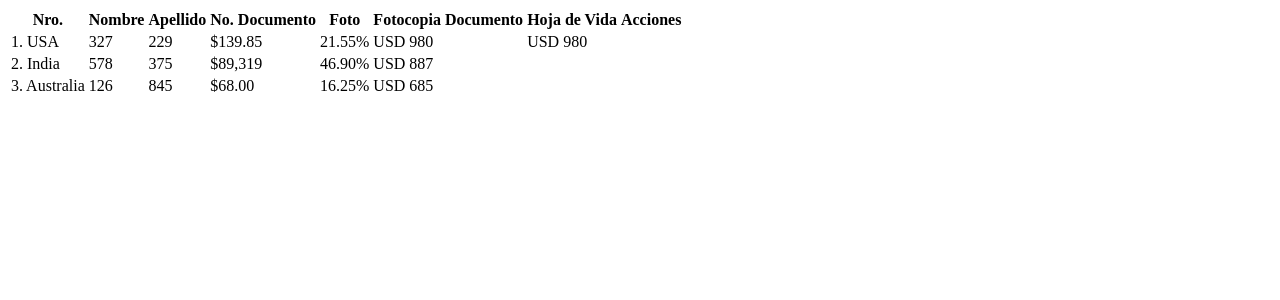
Repository: DA5CH25/kohaku_php
Page: http://localhost/kohaku_php/views/modules/document.php
These files come from the project's save history. The page is drawn as it stood at one moment and after the next save; the edit follows.
The browser window is 1280 px wide. The pictures show the whole page.
The page is run by PHP 8.4 with error messages shown; the project is at /var/www/html/.

Above is the page before, as saved 2021-05-22 17:20:49.

### views/modules/document.php
<div class="table-container">
								<div class="table-responsive">
									<table class="table custom-table m-0">
										<thead>
											<tr>
												<th>Nro.</th>
												<th>Nombre</th>
												<th>Apellido</th>
												<th>No. Documento</th>
												<th>Foto</th>
												<th>Fotocopia Documento</th>
												<th>Hoja de Vida</th>
                                                <th>Acciones</th>
											</tr>
										</thead>
										<tbody>

											<tr>
												<td>1. USA</td>
												<td>327</td>
												<td>229</td>
												<td>$139.85</td>
												<td>21.55%</td>
												<td>USD 980</td>
                                                <td>USD 980</td>
												<td>
													<div class="td-actions">
														<a href="#" class="icon red" data-toggle="tooltip" data-placement="top" title="Adicionar">
															<i class="icon-circle-with-plus"></i>
														</a>
														<a href="#" class="icon green" data-toggle="tooltip" data-placement="top" title="Guardar">
															<i class="icon-save"></i>
														</a>
														<a href="#" class="icon blue" data-toggle="tooltip" data-placement="top" title="Eliminar">
															<i class="icon-cancel"></i>
														</a>
													</div>
												</td>
											</tr>
											<tr>
												<td>2. India</td>
												<td>578</td>
												<td>375</td>
												<td>$89,319</td>
												<td>46.90%</td>
												<td>USD 887</td>
												<td>
													<div class="td-actions">
														<a href="#" class="icon red" data-toggle="tooltip" data-placement="top" title="Add Row">
															<i class="icon-circle-with-plus"></i>
														</a>
														<a href="#" class="icon green" data-toggle="tooltip" data-placement="top" title="Save Row">
															<i class="icon-save"></i>
														</a>
														<a href="#" class="icon blue" data-toggle="tooltip" data-placement="top" title="Delete Row">
															<i class="icon-cancel"></i>
														</a>
													</div>
												</td>
											</tr>
											<tr>
												<td>3. Australia</td>
												<td>126</td>
												<td>845</td>
												<td>$68.00</td>
												<td>16.25%</td>
												<td>USD 685</td>
												<td>
													<div class="td-actions">
														<a href="#" class="icon red" data-toggle="tooltip" data-placement="top" title="Add Row">
															<i class="icon-circle-with-plus"></i>
														</a>
														<a href="#" class="icon green" data-toggle="tooltip" data-placement="top" title="Save Row">
															<i class="icon-save"></i>
														</a>
														<a href="#" class="icon blue" data-toggle="tooltip" data-placement="top" title="Delete Row">
															<i class="icon-cancel"></i>
														</a>
													</div>
												</td>
											</tr>
										</tbody>
									</table>
								</div>
							</div>

After the next save:
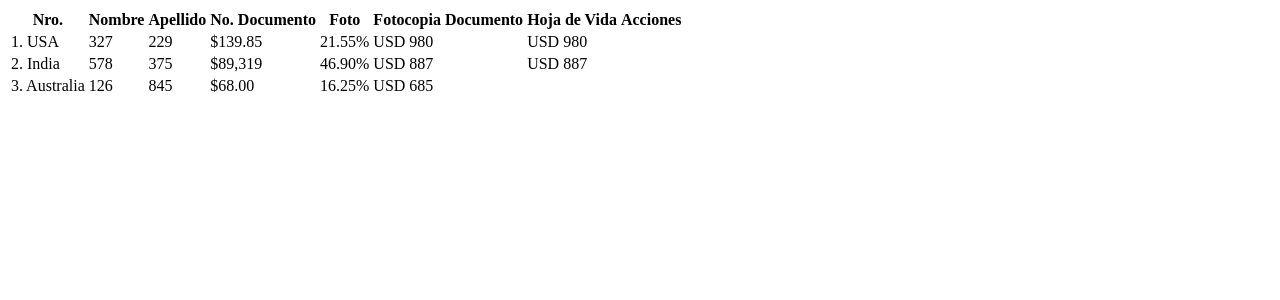
Saved 10 s later.
--- a/views/modules/document.php
+++ b/views/modules/document.php
@@ -44,6 +44,7 @@
 												<td>$89,319</td>
 												<td>46.90%</td>
 												<td>USD 887</td>
+                                                <td>USD 887</td>
 												<td>
 													<div class="td-actions">
 														<a href="#" class="icon red" data-toggle="tooltip" data-placement="top" title="Add Row">
